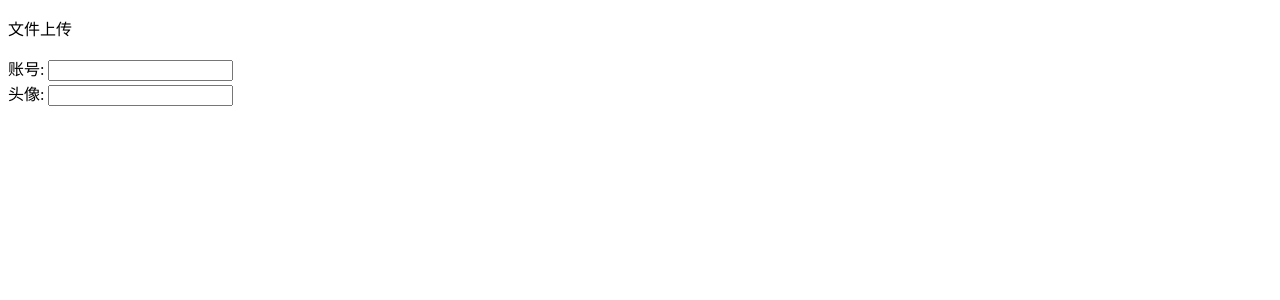
Repository: qyl1006/JavaCode
Page: http://localhost/fileupload_dowload/fileUpload.jsp
An editor plug-in stored every save of this project. The page is shown before and after the next save, followed by the edit.
The browser window is 1280 px wide. The pictures show the whole page.
The page is served by Tomcat 9.

Above is the page before, as saved 2018-03-11 05:47:01.

After the next save:
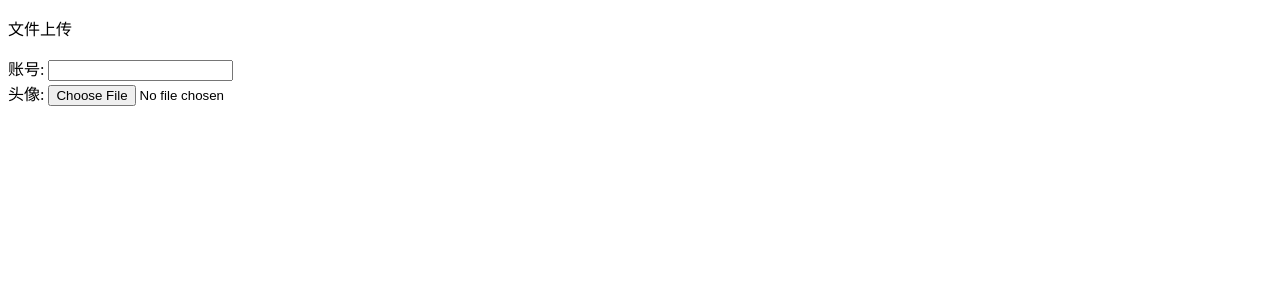
Saved 8 s later.
--- a/workspace/fileupload_dowload/webapp/fileUpload.jsp
+++ b/workspace/fileupload_dowload/webapp/fileUpload.jsp
@@ -11,7 +11,7 @@
 	<p>文件上传</p>
 	<form action="/fileupload" method="post" enctype="multipart/form-data">
 		账号: <input type="text" name="username"/><br>
-		头像: <input/>
+		头像: <input type="file"/>
 	</form>
 </body>
 </html>
